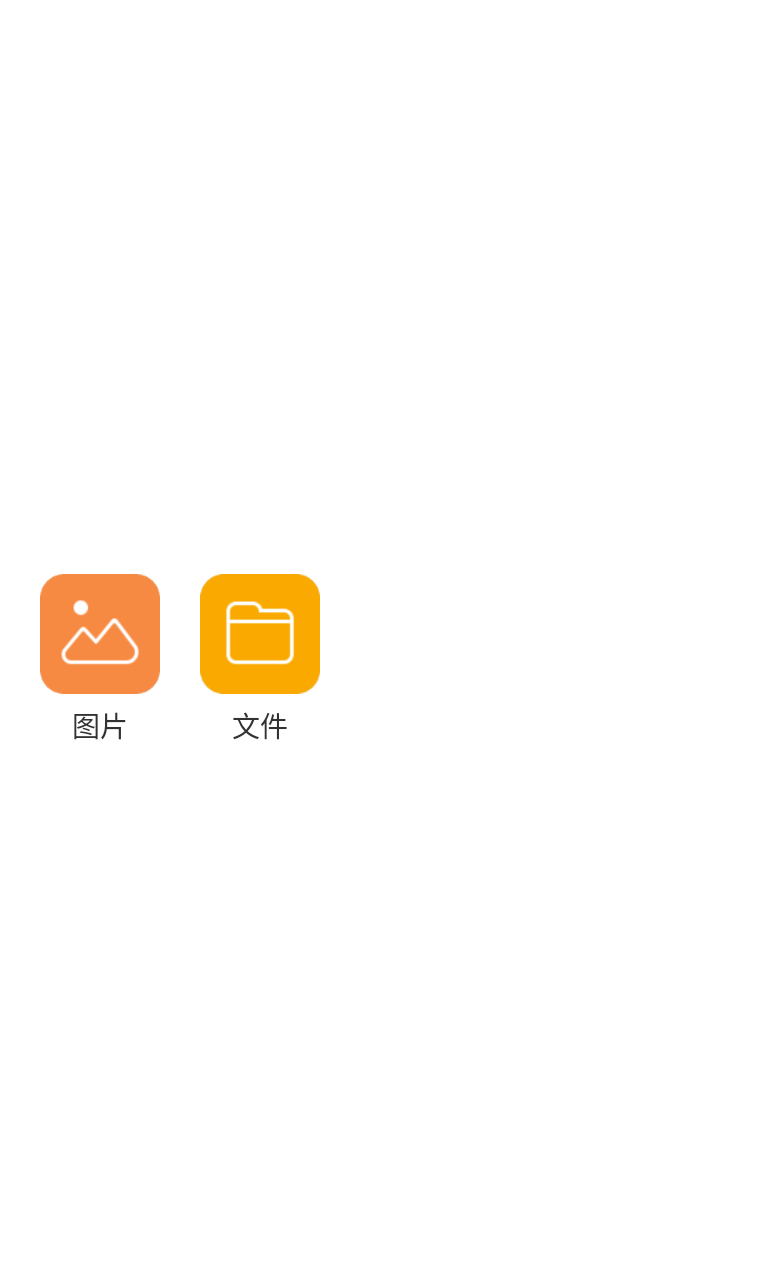
Repository: fanloveoupao/WecharTest
Layout: TestWechar/res/layout/send_file.xml
These files come from the project's save history. The layout is drawn as it stood at one moment and after the next save; the edit follows.
It is drawn on a 768 x 1280 px phone screen (xhdpi) without system bars, with theme AppTheme; the app's code is not run.

Above is the layout before, as saved 2015-10-09 06:11:52.

After the next save:
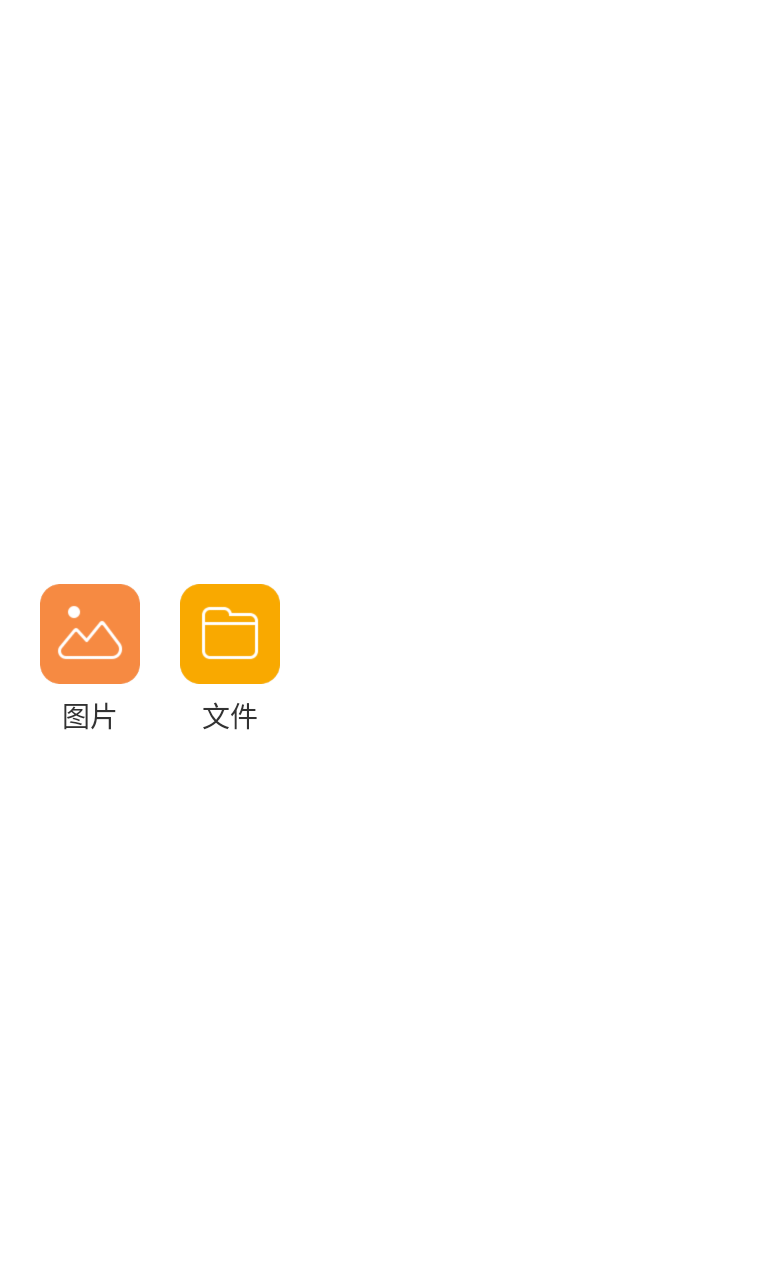
Saved 25 s later.
--- a/TestWechar/res/layout/send_file.xml
+++ b/TestWechar/res/layout/send_file.xml
@@ -15,13 +15,13 @@
 
         <ImageView
             android:id="@+id/send_photo"
-            android:layout_width="60dp"
-            android:layout_height="60dp"
+            android:layout_width="50dp"
+            android:layout_height="50dp"
             android:src="@drawable/photo" />
 
         <TextView
             android:id="@+id/text_photo"
-            android:layout_width="60dp"
+            android:layout_width="50dp"
             android:layout_height="wrap_content"
             android:layout_marginTop="5dp"
             android:gravity="center"
@@ -39,13 +39,13 @@
 
         <ImageView
             android:id="@+id/send_file"
-            android:layout_width="60dp"
-            android:layout_height="60dp"
+            android:layout_width="50dp"
+            android:layout_height="50dp"
             android:src="@drawable/file" />
 
         <TextView
             android:id="@+id/text_file"
-            android:layout_width="60dp"
+            android:layout_width="50dp"
             android:layout_height="wrap_content"
             android:layout_marginTop="5dp"
             android:gravity="center"
